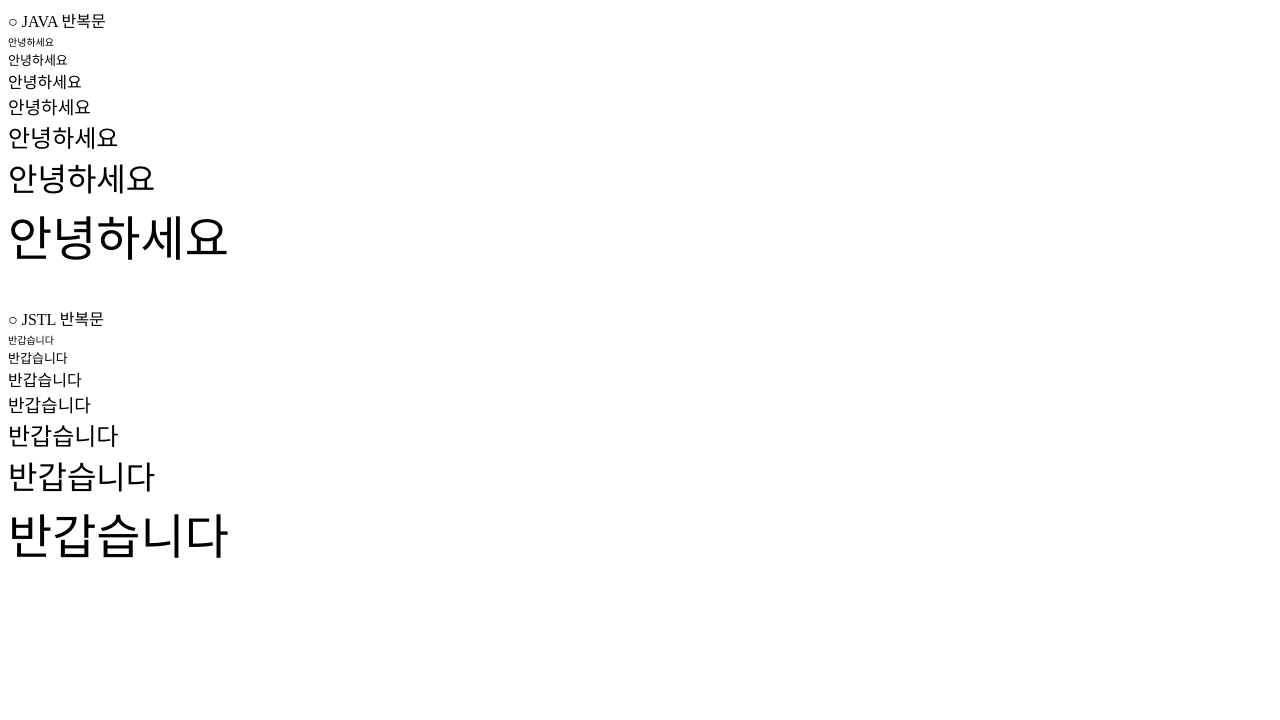
Repository: youngmoon525/Jsp_Servlet
Page: http://localhost/03.JSP/jsp34.jsp
An editor plug-in stored every save of this project. The page is shown before and after the next save, followed by the edit.
The browser window is 1280 px wide. The pictures show the whole page.
The page is served by Tomcat 9.

Above is the page before, as saved 2021-09-09 01:03:23.

After the next save:
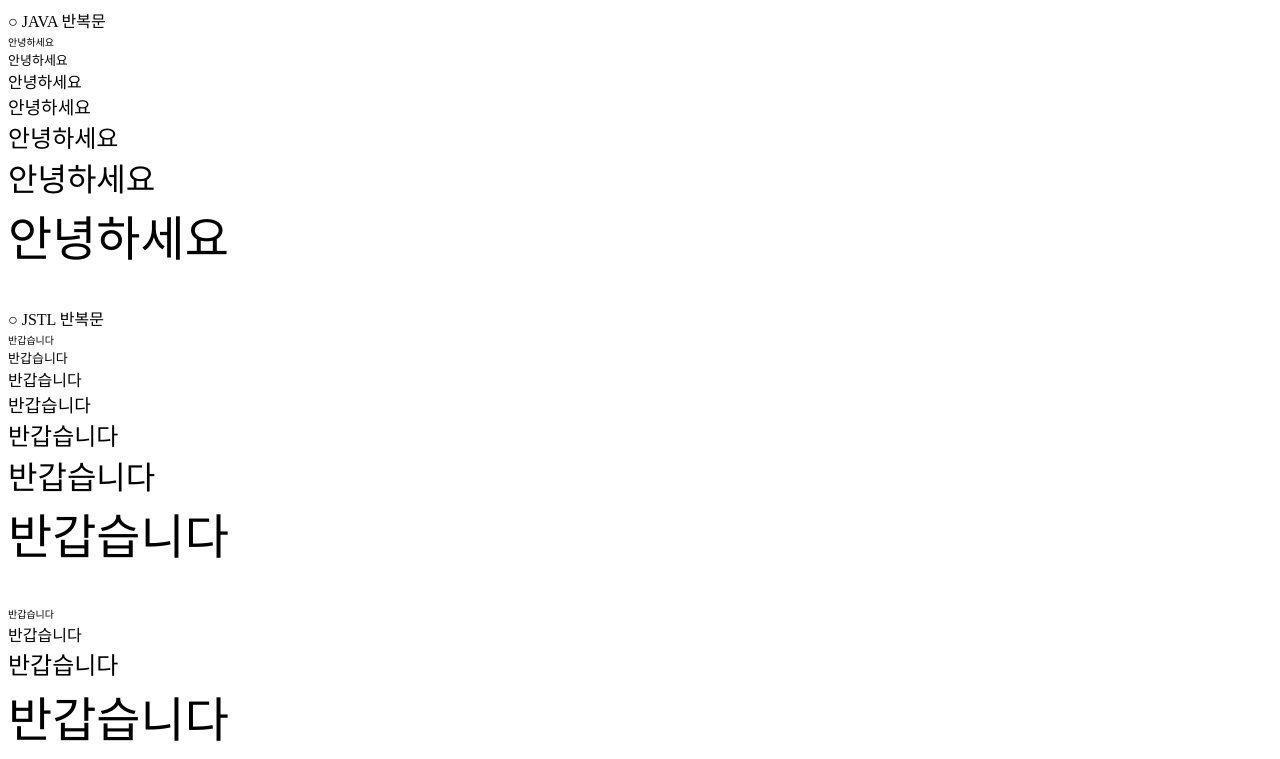
Saved 2 min 58 s later.
--- a/workspace/03.JSP/WebContent/jsp34.jsp
+++ b/workspace/03.JSP/WebContent/jsp34.jsp
@@ -24,5 +24,10 @@ for(int i = 1; i <= 7; i++){
 <c:forEach var="i" begin="1" end="7" step="1">
 	<font size="${i}">반갑습니다</font><br/>
 </c:forEach>
+<br/><br/>
+
+<c:forEach var="i" begin="1" end="7" step="2">
+	<font size="${i}">반갑습니다</font><br/>
+</c:forEach>
 </body>
 </html>
